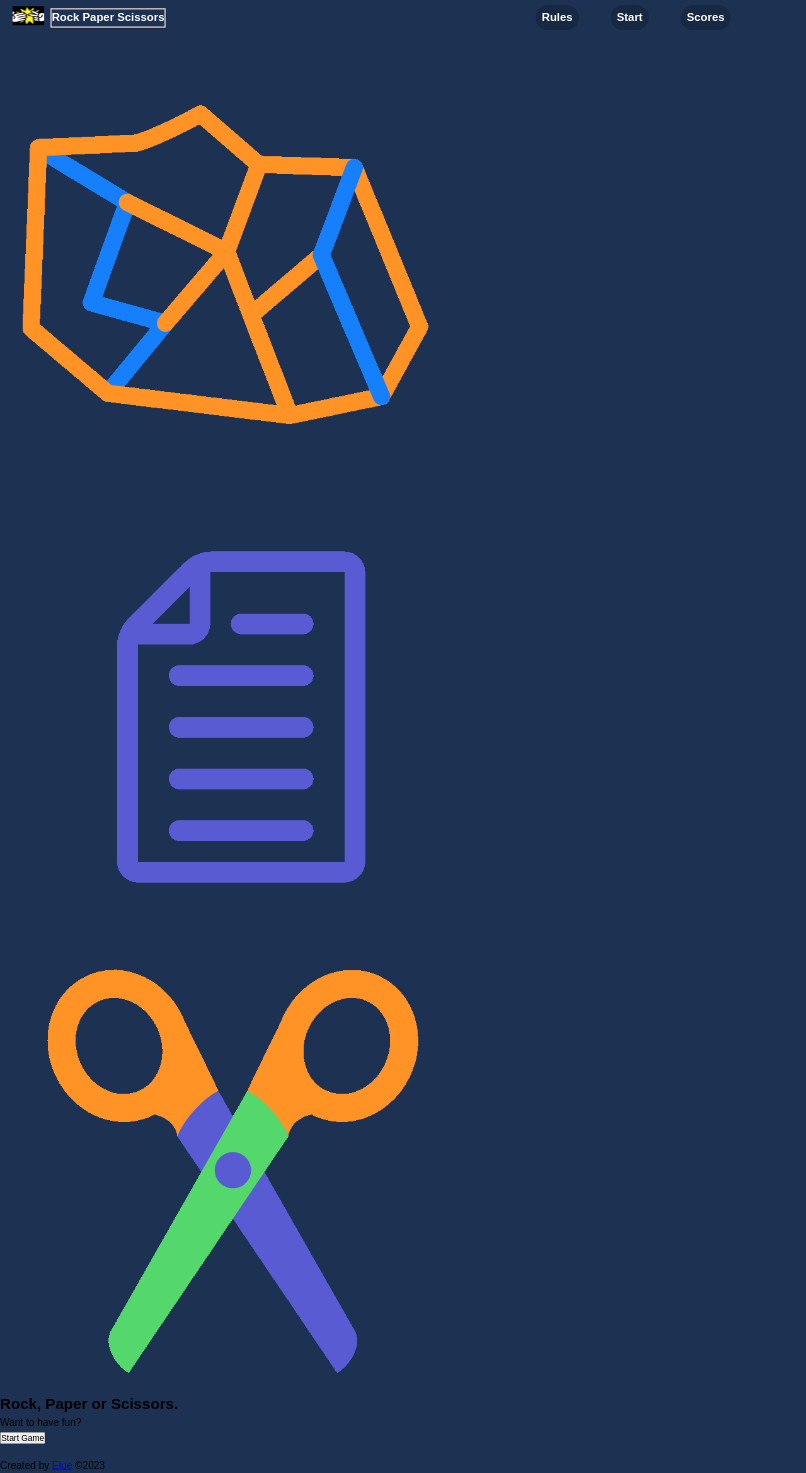
Repository: MikkyPrestige/rock-paper-scissors
Page: index.html
An editor plug-in stored every save of this project. The page is shown before and after the next save, followed by the edit.
The browser window is 1280 px wide. The pictures show the whole page, at 63% of full size.

Above is the page before, as saved 2023-05-08 04:24:48.

### index.html
<!DOCTYPE html>
<html lang="en">

<head>
  <meta charset="UTF-8">
  <meta http-equiv="X-UA-Compatible" content="IE=edge">
  <meta name="viewport" content="width=device-width, initial-scale=1.0">
  <title>Rock, Paper or Scissors Game</title>
  <link rel="stylesheet" href="./index.css">
  <!-- <script src="./index.js" defer></script> -->
</head>

<body>
  <main>
    <header>
      <figure>
        <a href="/">
          <img src="./img/logo.png" alt="Logo" class="logo">
        </a>
        <figcaption>Rock Paper Scissors</figcaption>
      </figure>
      <nav>
        <ul>
          <li><a href="#">Rules</a></li>
          <li><a href="#">Start</a></li>
          <li><a href="#">Scores</a></li>
        </ul>
      </nav>
    </header>
    <section class="home">
      <div class="images">
        <img src="./img/Rock.gif" alt="Rock image" class="img">
        <img src="./img/Paper.gif" alt="Paper image" class="img">
        <img src="./img/Scissors.gif" alt="Scissors image" class="img">
      </div>
      <div class="content">
        <h1>Rock, Paper or Scissors.</h1>
        <p>Want to have <span>fun?</span></p>
        <button type="submit" class="btn">Start Game</button>
    </section>

    <footer>
      <p>Created by <a href="#" target="_blank">Elue</a> &copy;2023</p>
    </footer>
  </main>
</body>

</html>

### index.css
*,
*::after,
*::before {
  box-sizing: border-box;
  margin: 0;
  padding: 0;
}

html {
  font-size: 62.5%;
}

body {
  font-family: "Fira Sans", sans-serif;
  font-size: 1.6rem;
  line-height: 1.5;
  background: rgba(29, 50, 83, 1);
  width: 100%;
  height: 100%;
}

main {
  display: flex;
  flex-direction: column;
  justify-content: center;
  gap: 2rem;
  height: 100%;
  width: 100%;
}

header {
  display: flex;
  justify-content: space-between;
  align-items: center;
  padding: 1rem 2rem;
  width: 100%;
  height: auto;
}

figure {
  display: flex;
  align-items: center;
  gap: 1rem;
  height: auto;
}

.logo {
  width: 5rem;
  height: 3rem;
}

figcaption {
  font-size: 1.8rem;
  font-weight: 600;
  color: rgba(255, 255, 255, 1);
  border: .2rem solid #E2CECE;
  box-shadow: 0px .2rem .2rem rgba(0, 0, 0, 0.25);
  filter: blur(.1rem);
  -webkit-filter: blur(.1rem);
}

nav {
  height: auto;
  margin-right: 10rem;
}

ul {
  display: flex;
  justify-content: center;
  align-items: center;
  gap: 5rem;
  list-style: none;
}

li a {
  font-size: 1.8rem;
  font-weight: 600;
  color: rgba(255, 255, 255, 1);
  background: linear-gradient(0deg, rgba(0, 0, 0, 0.2), rgba(0, 0, 0, 0.2)), #1D3253;
  text-decoration: none;
  padding: 1rem;
  border-radius: 2rem;
}

li a:hover {
  background: rgba(255, 255, 255, 1);
  color: rgba(29, 50, 83, 1);
  text-decoration: underline;
}

After the next save:
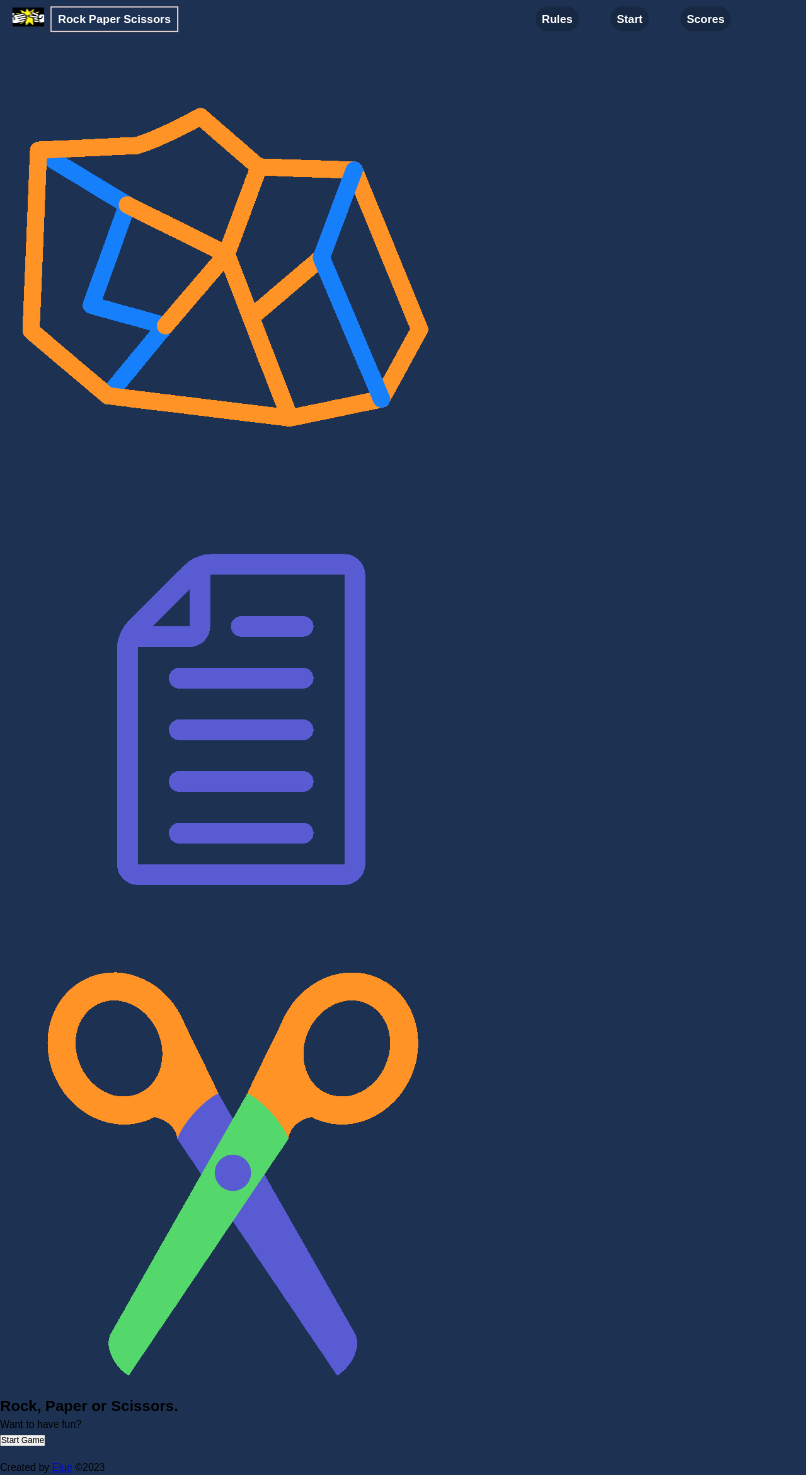
Saved 12 s later.
--- a/index.css
+++ b/index.css
@@ -57,6 +57,7 @@ figcaption {
   box-shadow: 0px .2rem .2rem rgba(0, 0, 0, 0.25);
   filter: blur(.1rem);
   -webkit-filter: blur(.1rem);
+  padding: .5rem 1rem;
 }
 
 nav {
